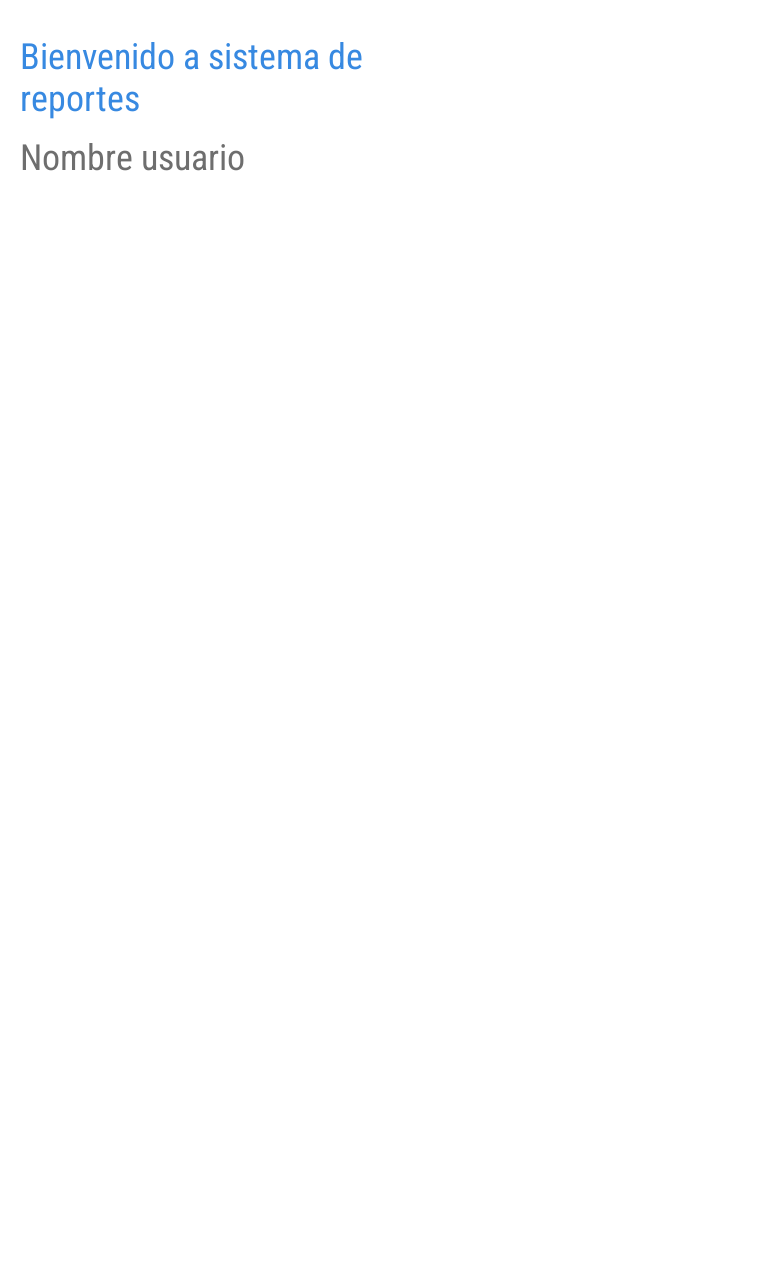
Repository: ramonramirezz/ReportesApp
Layout: Reportes/res/layout/welcome.xml
The author's editor kept a copy of each file at every save. The layout is drawn from the files as they stood at one save, then again after the next save.
It is drawn on a 768 x 1280 px phone screen (xhdpi) without system bars, with theme AppTheme; the app's code is not run. The app's manifest (not shown) leaves right-to-left support off. So textAlignment, textDirection and layoutDirection are ignored, and left and right values win over start and end ones.

Above is the layout before, as saved 2015-11-20 23:55:00.

After the next save:
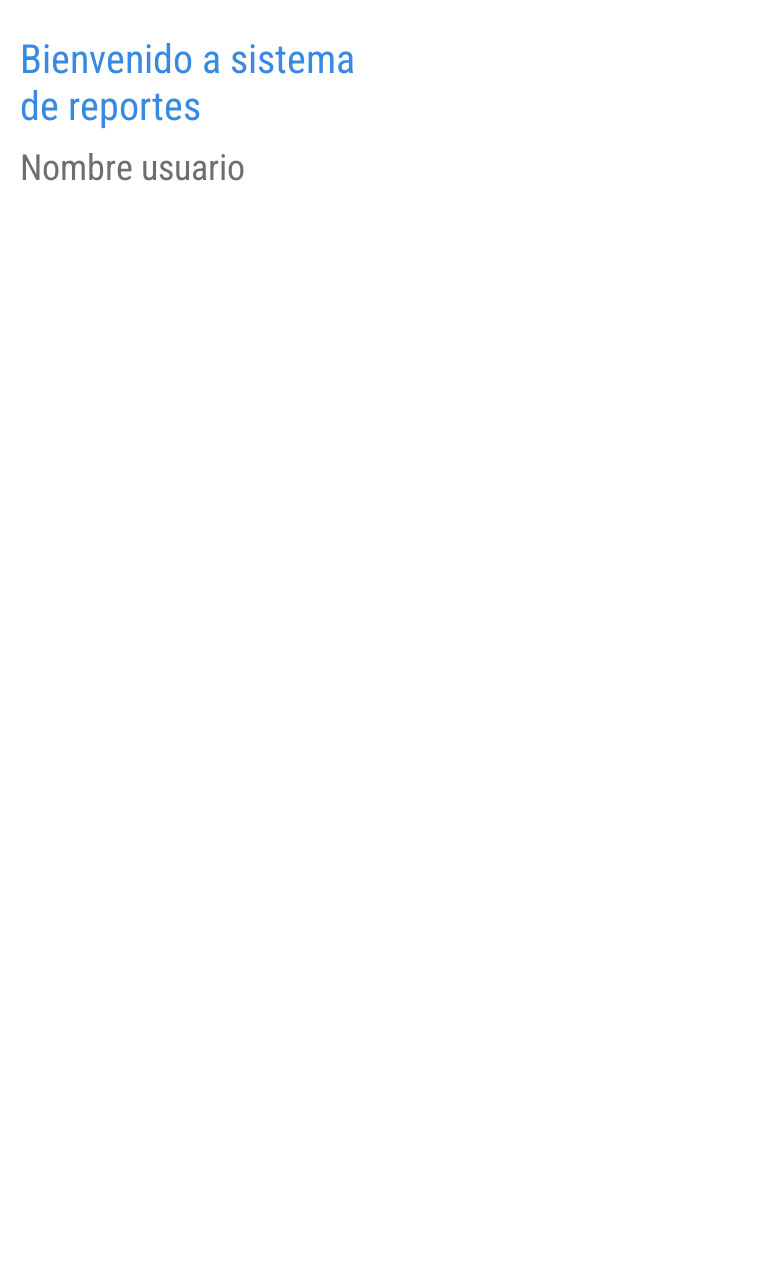
Saved 11 s later.
--- a/Reportes/res/layout/welcome.xml
+++ b/Reportes/res/layout/welcome.xml
@@ -21,7 +21,7 @@
 	    	android:layout_marginTop="5dp"
 	    	android:text="Bienvenido a sistema de reportes"
 	    	android:textColor="#3789E1"
-	    	android:textSize="18dp" />
+	    	android:textSize="20dp" />
 
 		<TextView
 	    	android:id="@+id/tvNombreUsuario"
